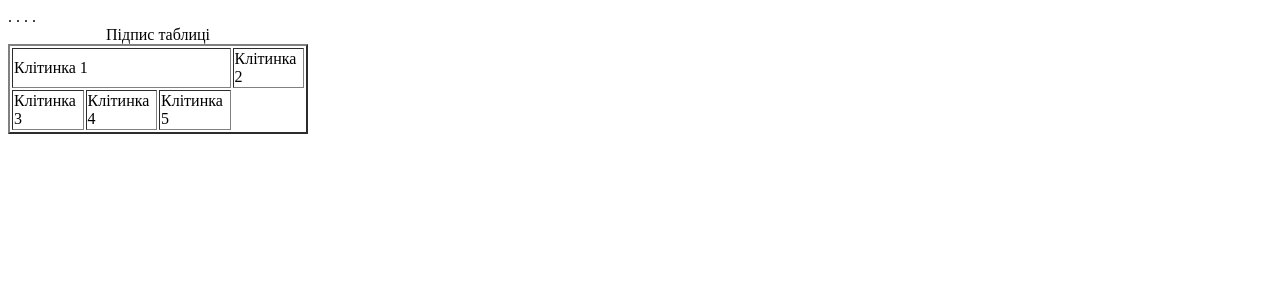
Repository: KseniaMakara/Web
Page: tables/index.html
These files come from the project's save history. The page is drawn as it stood at one moment and after the next save; the edit follows.
The browser window is 1280 px wide. The pictures show the whole page.

Above is the page before, as saved 2021-02-14 12:08:44.

### tables/index.html
<table border="2px" width="300px">
    <caption>Підпис таблиці</caption>
    <tr>
    <td colspan="3"> Клітинка 1 </td>
    <td> Клітинка 2 </td>
    </tr>
    <tr>
    <td> Клітинка 3 </td>
    <td> Клітинка 4 </td>
    <td> Клітинка 5 </td>
    </tr>
    . . . .
    </table>

After the next save:
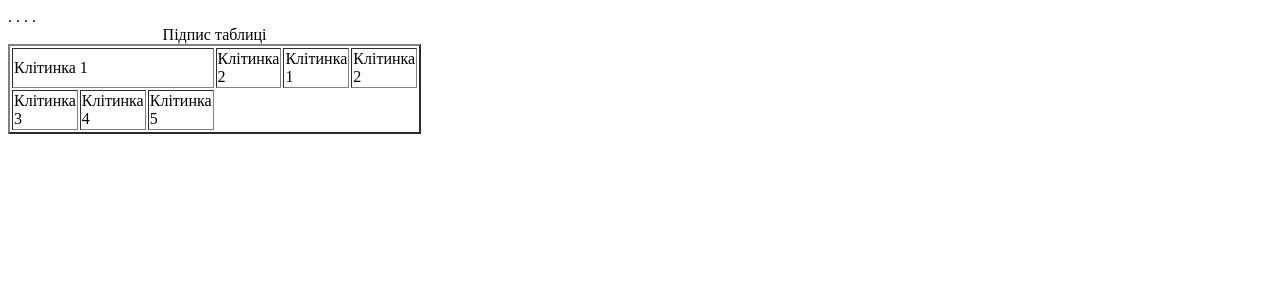
Saved 2 min 7 s later.
--- a/tables/index.html
+++ b/tables/index.html
@@ -1,6 +1,8 @@
 <table border="2px" width="300px">
     <caption>Підпис таблиці</caption>
     <tr>
+    <td colspan="3"> Клітинка 1 </td>
+    <td> Клітинка 2 </td>
     <td colspan="3"> Клітинка 1 </td>
     <td> Клітинка 2 </td>
     </tr>
